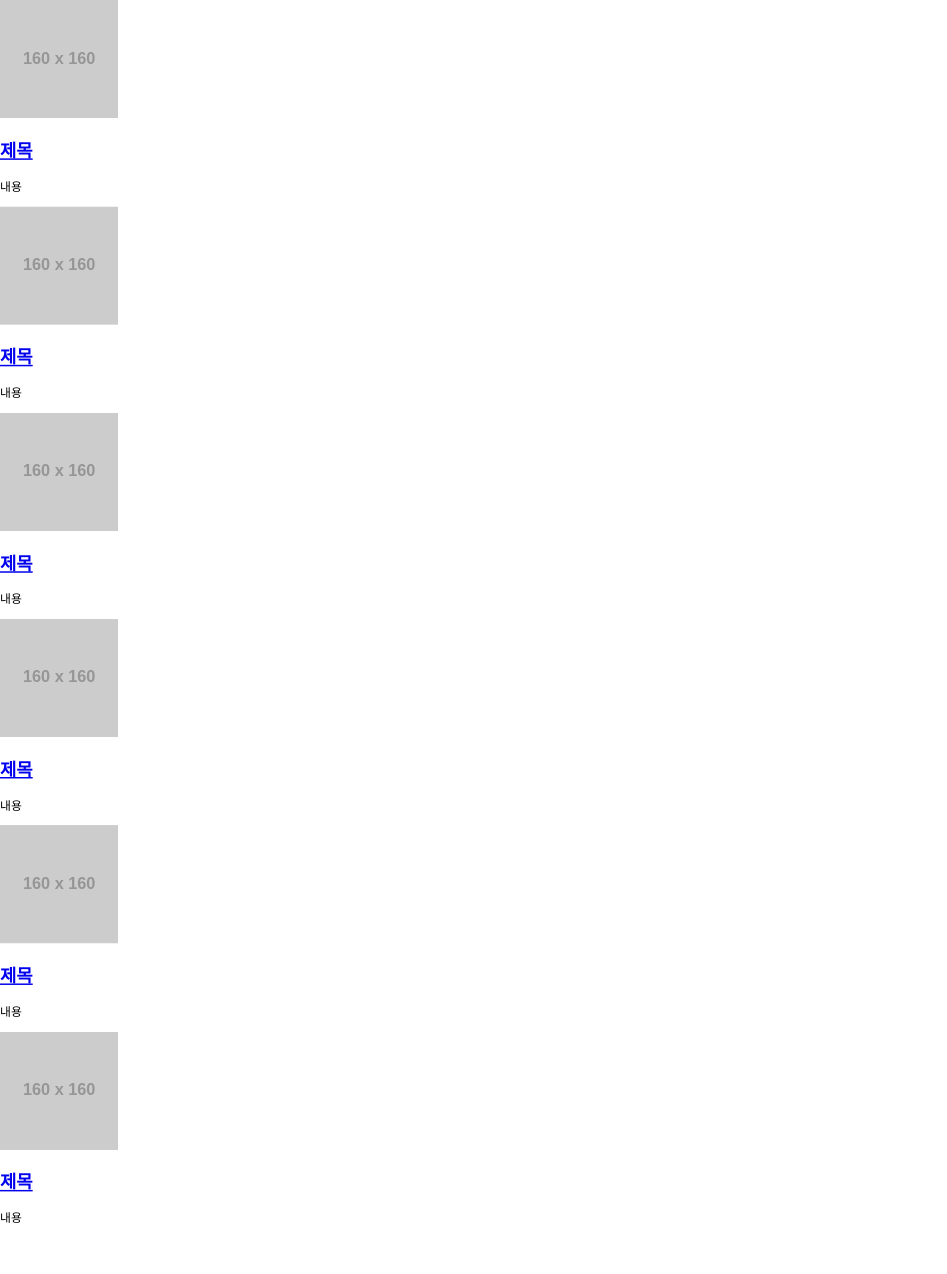
Repository: parkhyeonki/news-viewer
Page: /
These files come from the project's save history. The page is drawn as it stood at one moment and after the next save; the edit follows.
The browser window is 1280 px wide. The pictures show the whole page, at 74% of full size.
The project was rebuilt for these pictures with package versions that can differ from the ones it lists, and the page was loaded fresh each time. Also part of the build but not shown: src/App.css.

Above is the page before, as saved 2022-05-19 10:45:10.

After the next save:
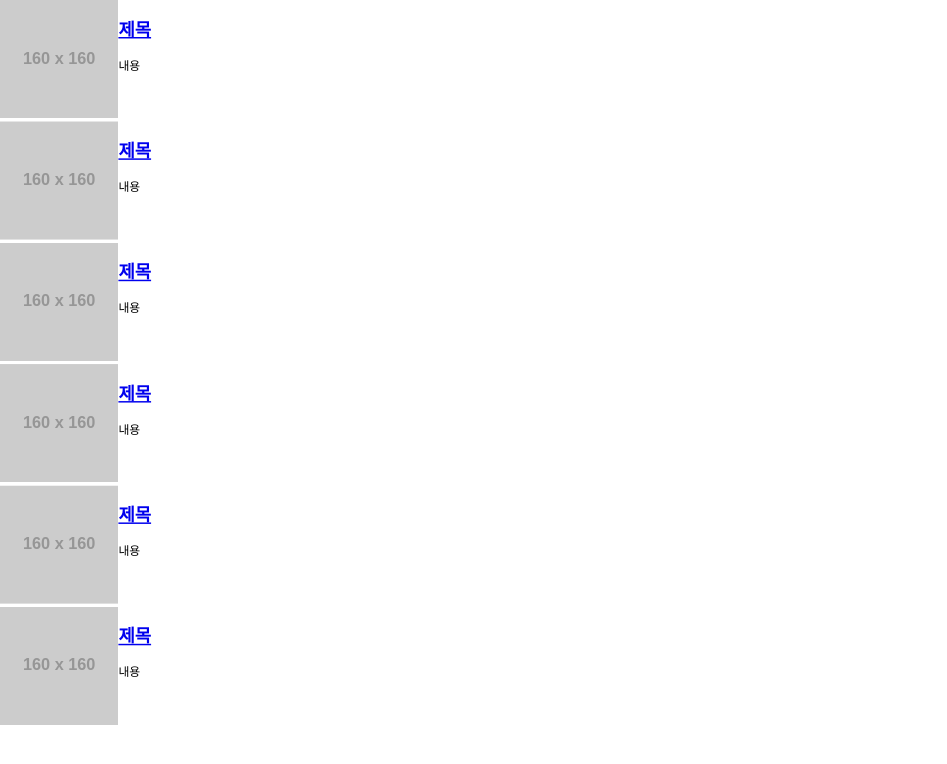
Saved 4 s later.
--- a/src/components/NewsItem/NewsItem.js
+++ b/src/components/NewsItem/NewsItem.js
@@ -8,7 +8,7 @@ const NewsItem = ({ article }) => {
   const { title, description, url, urlToImage } = article;
 
   return (
-    <div>
+    <NewsItemBlock>
       {urlToImage && (
         <div className="thumbnail">
           <a href={url} target="_blank" rel="noopener noreferrer">
@@ -24,7 +24,7 @@ const NewsItem = ({ article }) => {
         </h2>
         <p>{description}</p>
       </div>
-    </div>
+    </NewsItemBlock>
   );
 };
 
